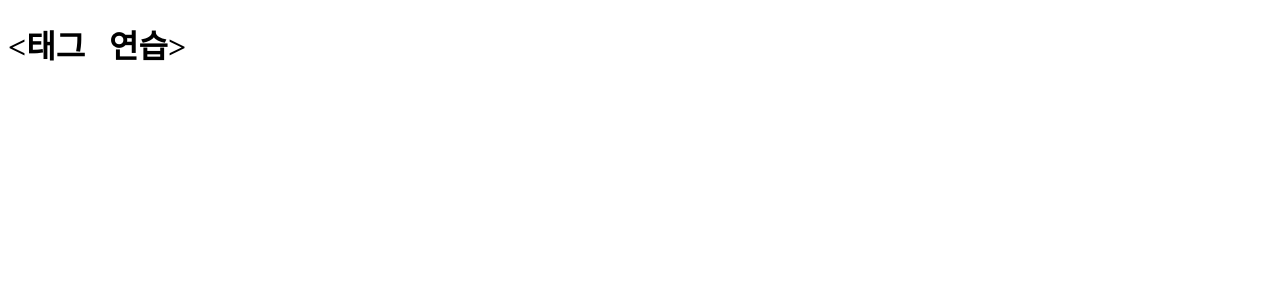
Repository: kmg8138/html
Page: 2020.04.06/ex0406/WebContent/ex03.html
An editor plug-in stored every save of this project. The page is shown before and after the next save, followed by the edit.
The browser window is 1280 px wide. The pictures show the whole page.

Above is the page before, as saved 2020-04-06 01:48:16.

### 2020.04.06/ex0406/WebContent/ex03.html
<!DOCTYPE html>
<html>
<head>
	<meta charset="UTF-8">
	<title>연습3</title>
</head>
<body>
	<h1>&lt;태그&nbsp;&nbsp;&nbsp;연습&gt;</h1>
</body>
</html>

After the next save:
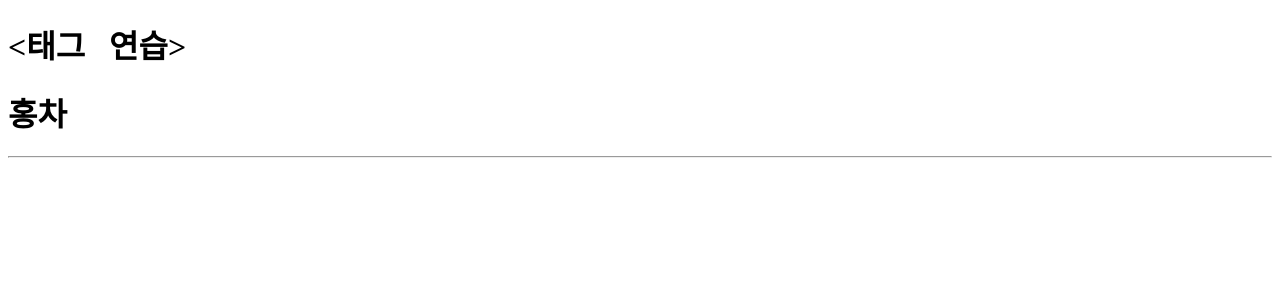
Saved 110 s later.
--- a/2020.04.06/ex0406/WebContent/ex03.html
+++ b/2020.04.06/ex0406/WebContent/ex03.html
@@ -6,5 +6,7 @@
 </head>
 <body>
 	<h1>&lt;태그&nbsp;&nbsp;&nbsp;연습&gt;</h1>
+	<h1>홍차</h1>
+	<hr/>
 </body>
 </html>
